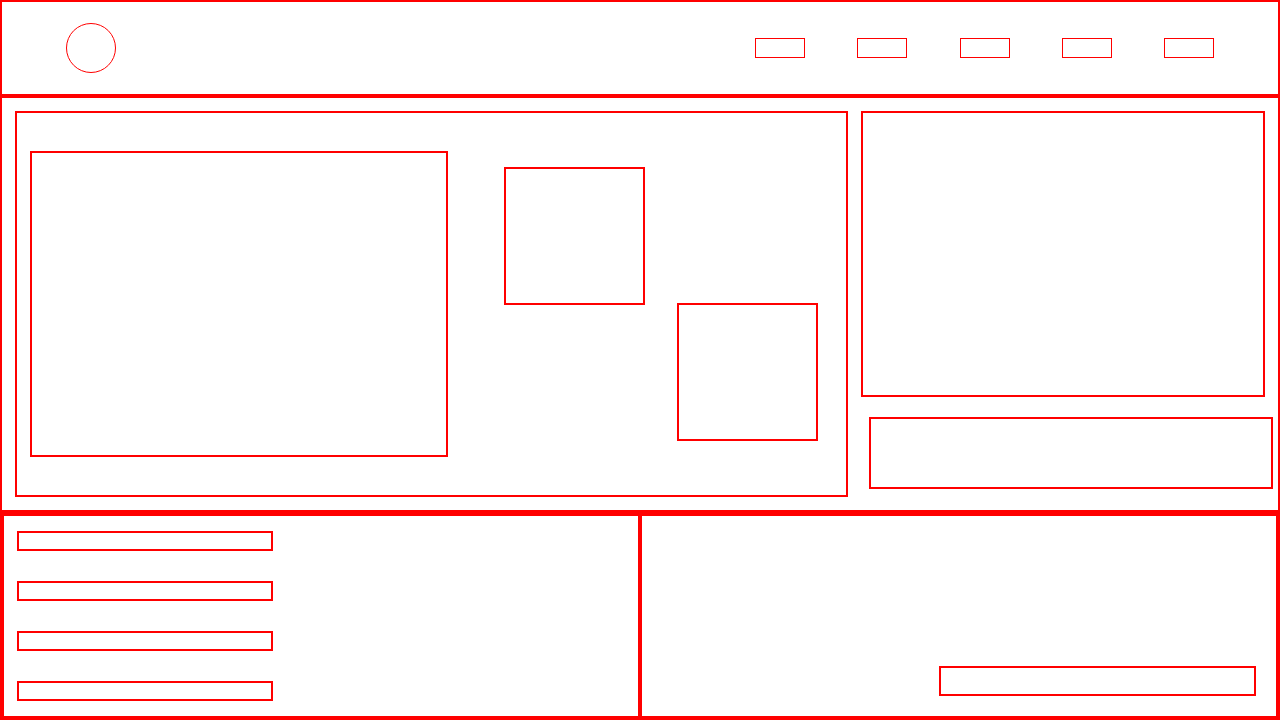
Repository: archangel88/elbrus_homework
Page: phase-0/week-3/day-4/flexbox/index.html
These files come from the project's save history. The page is drawn as it stood at one moment and after the next save; the edit follows.
The browser window is 1280 px wide. The pictures show the whole page.

Above is the page before, as saved 2025-10-10 01:14:35.

After the next save:
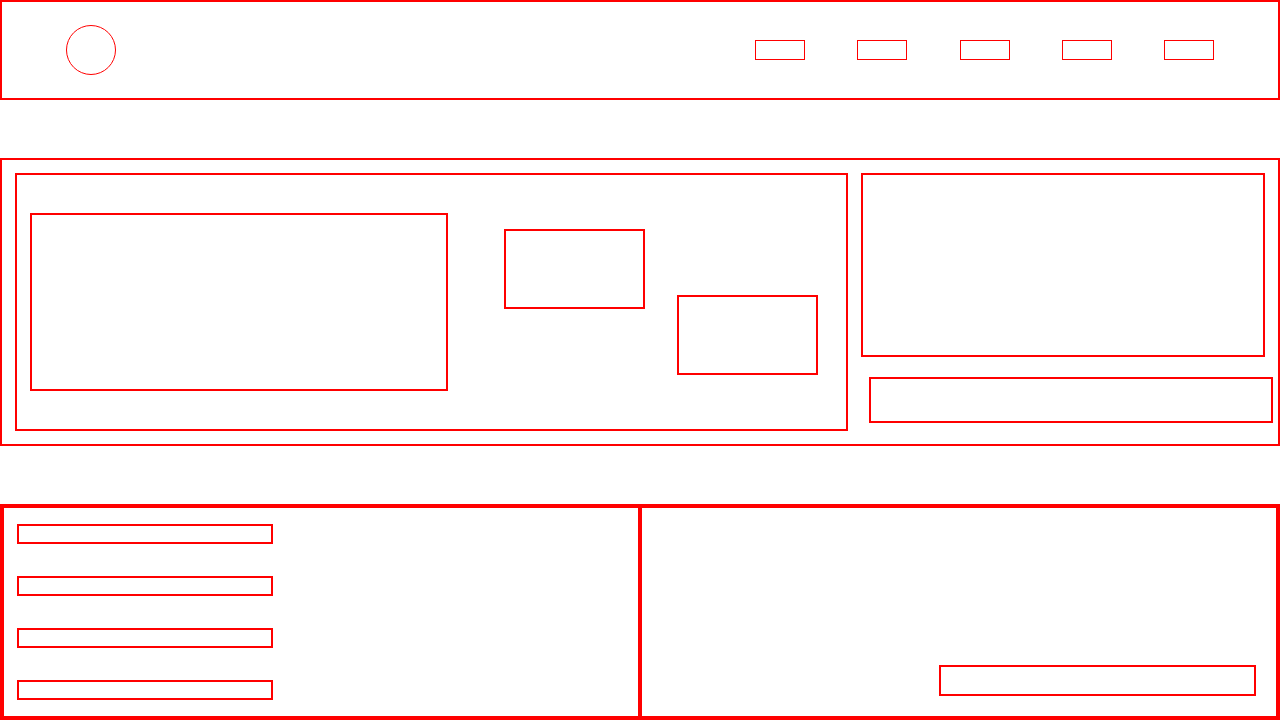
Saved 13 s later.
--- a/phase-0/week-3/day-4/flexbox/css/styles.css
+++ b/phase-0/week-3/day-4/flexbox/css/styles.css
@@ -54,7 +54,7 @@
 .content{
     display: flex;
     border: 2px solid rgb(255, 0, 0);
-    height: 60%;
+    height: 40%;
 }
 
 .content .block{

After the save that followed:
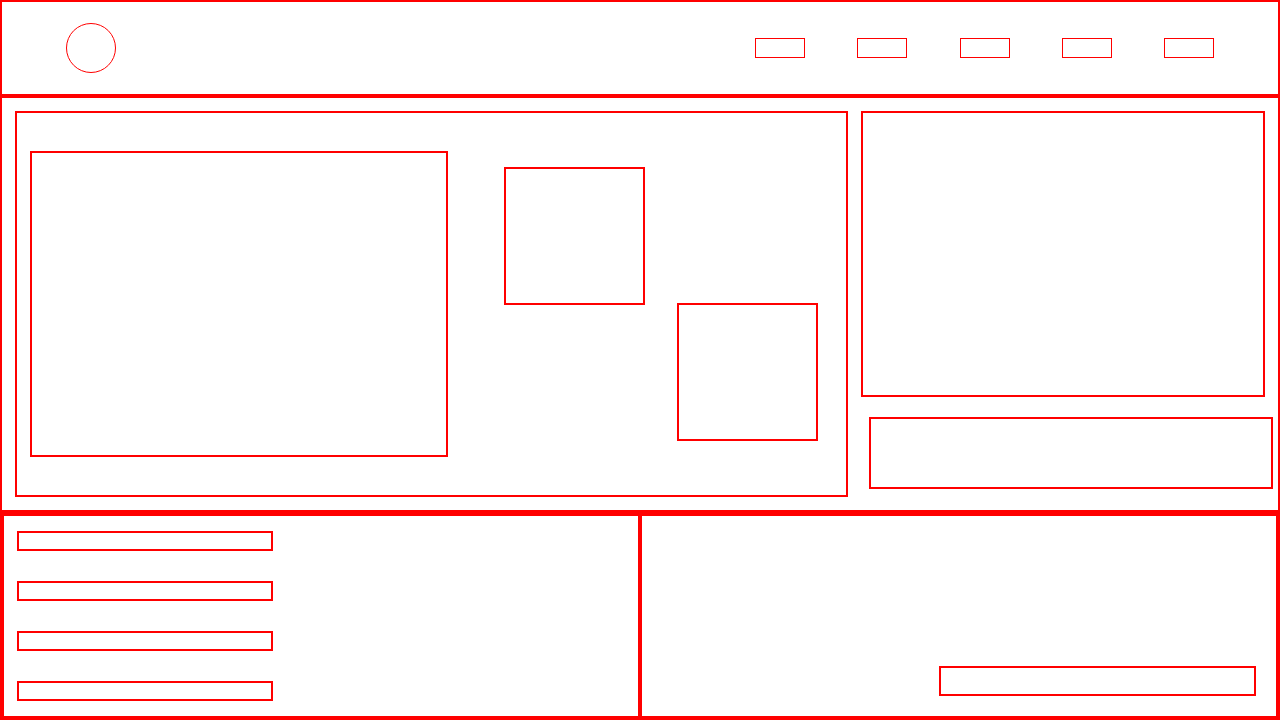
Saved 19 s later.
--- a/phase-0/week-3/day-4/flexbox/css/styles.css
+++ b/phase-0/week-3/day-4/flexbox/css/styles.css
@@ -54,7 +54,7 @@
 .content{
     display: flex;
     border: 2px solid rgb(255, 0, 0);
-    height: 40%;
+    height: 60vh;
 }
 
 .content .block{
